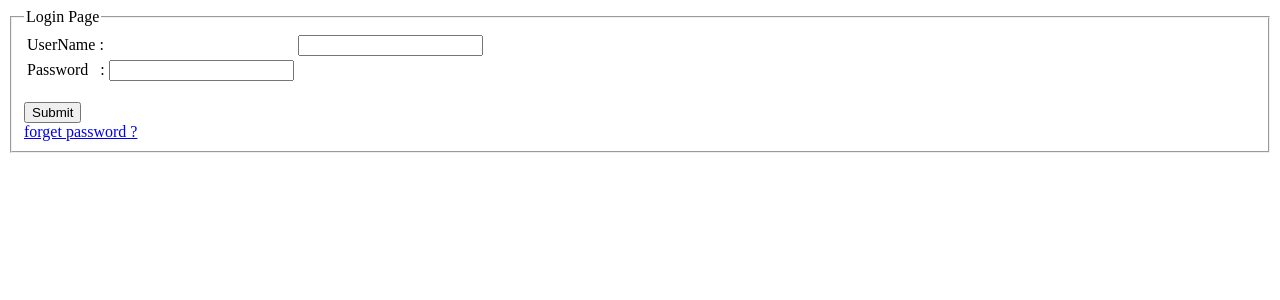
Repository: vishaldhardubey/Java-Programs-BridgeIT
Page: Maven/StudentInfoApplication/WebContent/loginPage.html
These files come from the project's save history. The page is drawn as it stood at one moment and after the next save; the edit follows.
The browser window is 1280 px wide. The pictures show the whole page.

Above is the page before, as saved 2018-06-20 06:29:24.

### Maven/StudentInfoApplication/WebContent/loginPage.html
<!DOCTYPE html>
<html>
<head>
<meta charset="UTF-8">
<title>Login Page</title>
<script type="text/javascript">
function Validation(){


}
</script>
</head>
<body>
<fieldset title="Change Password">
<legend> Login Page</legend>
<form action="login" method="POST">
	<table>
	<tr>
		<td>UserName :</td>
		<td> <input type ="text" name="user"></td>
		</tr>

		<tr>
		<td>
		Password &nbsp;&nbsp;:&nbsp;<input type="password" name="passkey">
		</td>
	</tr>
	</table>
	<br>
	<input type="submit" value="Submit"><br>
	<a href="changePassword.html">forget password ?</a>
	</form>
	</fieldset>
</body>
</html>

After the next save:
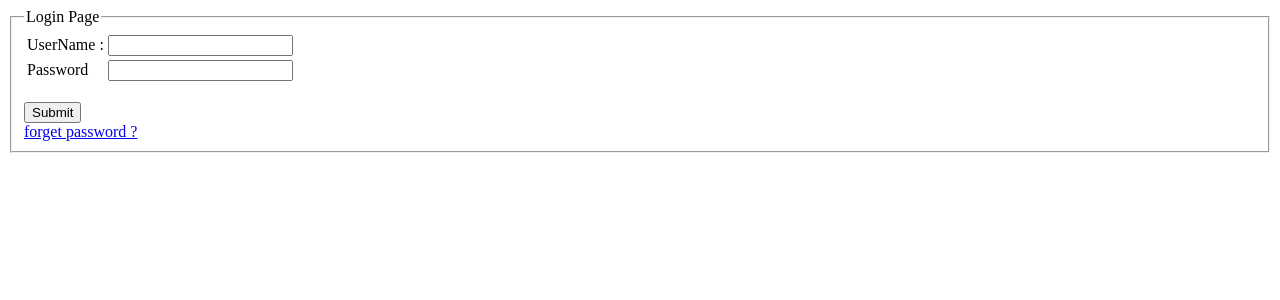
Saved 26 s later.
--- a/Maven/StudentInfoApplication/WebContent/loginPage.html
+++ b/Maven/StudentInfoApplication/WebContent/loginPage.html
@@ -22,8 +22,9 @@ function Validation(){
 
 		<tr>
 		<td>
-		Password &nbsp;&nbsp;:&nbsp;<input type="password" name="passkey">
+		Password
 		</td>
+		<td> <input type ="text" name="user"></td>
 	</tr>
 	</table>
 	<br>
